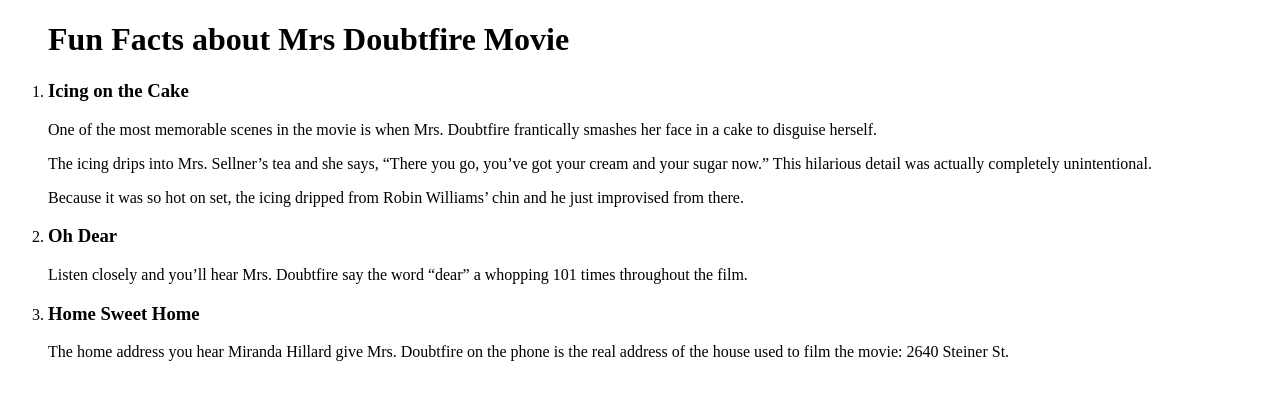
Repository: ItaConnell007/Brainnest-Main-HTML-Project
Page: fun-facts.html
An editor plug-in stored every save of this project. The page is shown before and after the next save, followed by the edit.
The browser window is 1280 px wide. The pictures show the whole page.

Above is the page before, as saved 2022-08-16 18:01:05.
Not found: icing.jpeg

### fun-facts.html
<!DOCTYPE html>
<html lang="en">

<head>
    <meta charset="UTF-8">
    <meta http-equiv="X-UA-Compatible" content="IE=edge">
    <meta name="viewport" content="width=device-width, initial-scale=1.0">
    <title>Top Secret</title>
</head>

<body>
    <ol>
        <h1> Fun Facts about Mrs Doubtfire Movie</h1>

        <li>

            <h3>Icing on the Cake</h3>
            One of the most memorable scenes in the movie is when Mrs. Doubtfire frantically smashes her face in a cake
            to
            disguise herself.

            <p> The icing drips into Mrs. Sellner’s tea and she says, “There you go, you’ve got your cream and your
                sugar now.”
                This hilarious detail was actually completely unintentional. </p>

            <p> Because it was so hot on set, the icing dripped from Robin Williams’ chin and he just improvised from
                there.</p>

        </li>


        <li>
            <h3>Oh Dear</h3>
            <p>Listen closely and you’ll hear Mrs. Doubtfire say the word “dear” a whopping 101 times throughout the
                film.</p>
        </li>

        <li>
            <h3>Home Sweet Home</h3>
            <p>The home address you hear Miranda Hillard give Mrs. Doubtfire on the phone is the real address of the
                house used to film the movie: 2640 Steiner St.</p>
        </li>

    </ol>


  <img src="icing.jpeg" alt="">







</body>

</html>

After the next save:
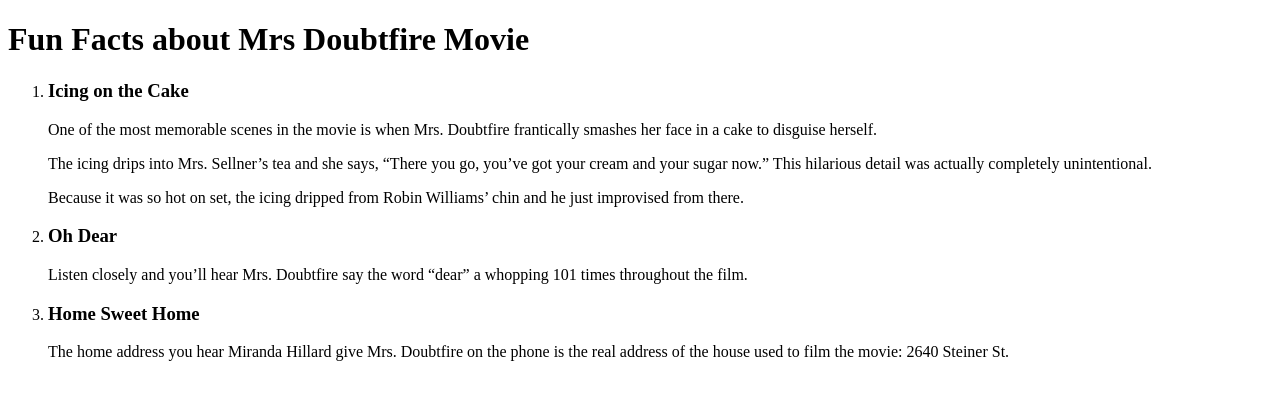
Saved 15 s later.
--- a/fun-facts.html
+++ b/fun-facts.html
@@ -9,9 +9,8 @@
 </head>
 
 <body>
+    <h1> Fun Facts about Mrs Doubtfire Movie</h1>
     <ol>
-        <h1> Fun Facts about Mrs Doubtfire Movie</h1>
-
         <li>
 
             <h3>Icing on the Cake</h3>
